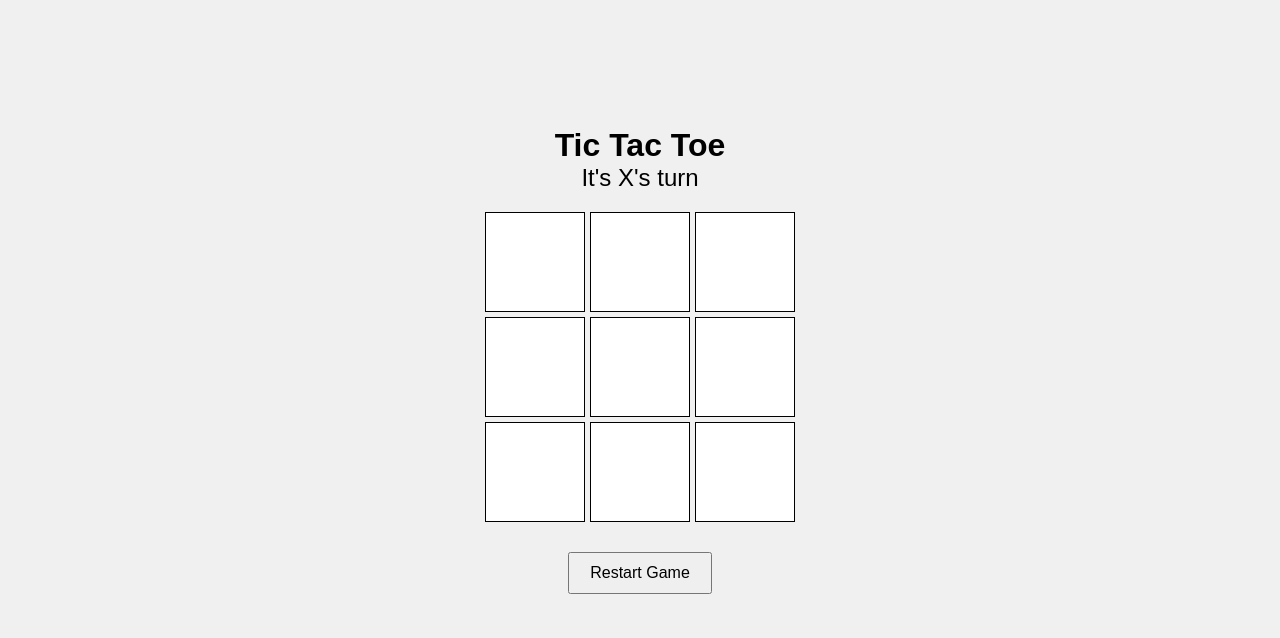
Repository: Tracy-maker/wordpress-camp
Page: week-1/homework/index.html
The author's editor kept a copy of each file at every save. The page is drawn from the files as they stood at one save, then again after a run of saves.
The browser window is 1280 px wide. The pictures show the whole page.

Above is the page before, as saved 2024-05-16 21:21:04.

### week-1/homework/index.html
<!DOCTYPE html>
<html lang="en">
<head>
    <meta charset="UTF-8">
    <meta name="viewport" content="width=device-width, initial-scale=1.0">
    <title>Tic Tac Toe</title>
    <link rel="stylesheet" href="styles.css">
</head>
<body>
    <div class="game-container">
        <h1>Tic Tac Toe</h1>
        <div id="status" class="status"></div>
        <div id="game-board" class="game-board"></div>
        <button id="restart" class="restart-button">Restart Game</button>
    </div>
    <script src="script.js"></script>
</body>
</html>

### week-1/homework/styles.css

* {
    box-sizing: border-box;
    margin: 0;
    padding: 0;
}

body {
    display: flex;
    justify-content: center;
    align-items: center;
    height: 100vh;
    font-family: Arial, sans-serif;
    background-color: #f0f0f0;
}

.game-container {
    text-align: center;
}

.game-board {
    display: grid;
    gap: 5px;
    margin: 20px auto;
    width: max-content;
}

.cell {
    width: 100px;
    height: 100px;
    display: flex;
    justify-content: center;
    align-items: center;
    font-size: 2em;
    background-color: #fff;
    border: 1px solid #000;
    cursor: pointer;
    user-select: none;
}

.status {
    margin-bottom: 10px;
    font-size: 1.5em;
}

.restart-button {
    margin-top: 10px;
    padding: 10px 20px;
    font-size: 1em;
    cursor: pointer;
}

### week-1/homework/script.js
// script.js

document.addEventListener('DOMContentLoaded', () => {
    const boardSize = 3; // Change this to generate a different board size
    let currentPlayer = 'X';
    let board = Array(boardSize * boardSize).fill('');
    let gameActive = true;

    const cells = [];
    const statusText = document.getElementById('status');
    const restartButton = document.getElementById('restart');
    const gameBoard = document.getElementById('game-board');

    const createBoard = () => {
        gameBoard.style.gridTemplateColumns = `repeat(${boardSize}, 100px)`;
        gameBoard.style.gridTemplateRows = `repeat(${boardSize}, 100px)`;
        for (let i = 0; i < boardSize * boardSize; i++) {
            const cell = document.createElement('div');
            cell.classList.add('cell');
            cell.setAttribute('data-index', i);
            cell.addEventListener('click', handleCellClick);
            gameBoard.appendChild(cell);
            cells.push(cell);
        }
    };

    const generateWinningConditions = (size) => {
        const conditions = [];
        for (let i = 0; i < size; i++) {
            // Rows
            const row = [];
            for (let j = 0; j < size; j++) {
                row.push(i * size + j);
            }
            conditions.push(row);

            // Columns
            const col = [];
            for (let j = 0; j < size; j++) {
                col.push(j * size + i);
            }
            conditions.push(col);
        }

        // Diagonals
        const diag1 = [];
        const diag2 = [];
        for (let i = 0; i < size; i++) {
            diag1.push(i * size + i);
            diag2.push(i * size + (size - 1 - i));
        }
        conditions.push(diag1);
        conditions.push(diag2);

        return conditions;
    };

    const winningConditions = generateWinningConditions(boardSize);

    const handleCellClick = (event) => {
        const clickedCell = event.target;
        const clickedCellIndex = parseInt(clickedCell.getAttribute('data-index'));

        if (board[clickedCellIndex] !== '' || !gameActive) {
            return;
        }

        board[clickedCellIndex] = currentPlayer;
        clickedCell.textContent = currentPlayer;

        if (checkWin()) {
            statusText.textContent = `Player ${currentPlayer} wins!`;
            gameActive = false;
        } else if (!board.includes('')) {
            statusText.textContent = `It's a draw!`;
            gameActive = false;
        } else {
            currentPlayer = currentPlayer === 'X' ? 'O' : 'X';
            statusText.textContent = `It's ${currentPlayer}'s turn`;

            if (currentPlayer === 'O') {
                aiMove();
            }
        }
    };

    const aiMove = () => {
        const bestMove = getBestMove(board, 'O');
        board[bestMove] = 'O';
        cells[bestMove].textContent = 'O';

        if (checkWin()) {
            statusText.textContent = `Player ${currentPlayer} wins!`;
            gameActive = false;
        } else if (!board.includes('')) {
            statusText.textContent = `It's a draw!`;
            gameActive = false;
        } else {
            currentPlayer = 'X';
            statusText.textContent = `It's ${currentPlayer}'s turn`;
        }
    };

    const getBestMove = (newBoard, player) => {
        let bestVal = -Infinity;
        let move = -1;

        for (let i = 0; i < newBoard.length; i++) {
            if (newBoard[i] === '') {
                newBoard[i] = player;
                let moveVal = minimax(newBoard, 0, false, -Infinity, Infinity);
                newBoard[i] = '';
                if (moveVal > bestVal) {
                    move = i;
                    bestVal = moveVal;
                }
            }
        }
        return move;
    };

    const minimax = (newBoard, depth, isMaximizingPlayer, alpha, beta) => {
        const scores = {
            'X': -1,
            'O': 1,
            'tie': 0
        };

        const result = evaluateBoard(newBoard);
        if (result !== null) {
            return scores[result];
        }

        if (isMaximizingPlayer) {
            let best = -Infinity;
            for (let i = 0; i < newBoard.length; i++) {
                if (newBoard[i] === '') {
                    newBoard[i] = 'O';
                    best = Math.max(best, minimax(newBoard, depth + 1, false, alpha, beta));
                    newBoard[i] = '';
                    alpha = Math.max(alpha, best);
                    if (beta <= alpha) {
                        break;
                    }
                }
            }
            return best;
        } else {
            let best = Infinity;
            for (let i = 0; i < newBoard.length; i++) {
                if (newBoard[i] === '') {
                    newBoard[i] = 'X';
                    best = Math.min(best, minimax(newBoard, depth + 1, true, alpha, beta));
                    newBoard[i] = '';
                    beta = Math.min(beta, best);
                    if (beta <= alpha) {
                        break;
                    }
                }
            }
            return best;
        }
    };

    const evaluateBoard = (board) => {
        for (const condition of winningConditions) {
            const [a, b, c] = condition;
            if (board[a] && board[a] === board[b] && board[a] === board[c]) {
                return board[a];
            }
        }
        if (!board.includes('')) {
            return 'tie';
        }
        return null;
    };

    const checkWin = () => {
        for (const condition of winningConditions) {
            if (condition.every(index => board[index] === currentPlayer)) {
                return true;
            }
        }
        return false;
    };

    const restartGame = () => {
        currentPlayer = 'X';
        board = Array(boardSize * boardSize).fill('');
        gameActive = true;
        statusText.textContent = `It's ${currentPlayer}'s turn`;
        cells.forEach(cell => cell.textContent = '');
    };

    createBoard();
    restartButton.addEventListener('click', restartGame);
    statusText.textContent = `It's ${currentPlayer}'s turn`;
});

After the next 2 saves:
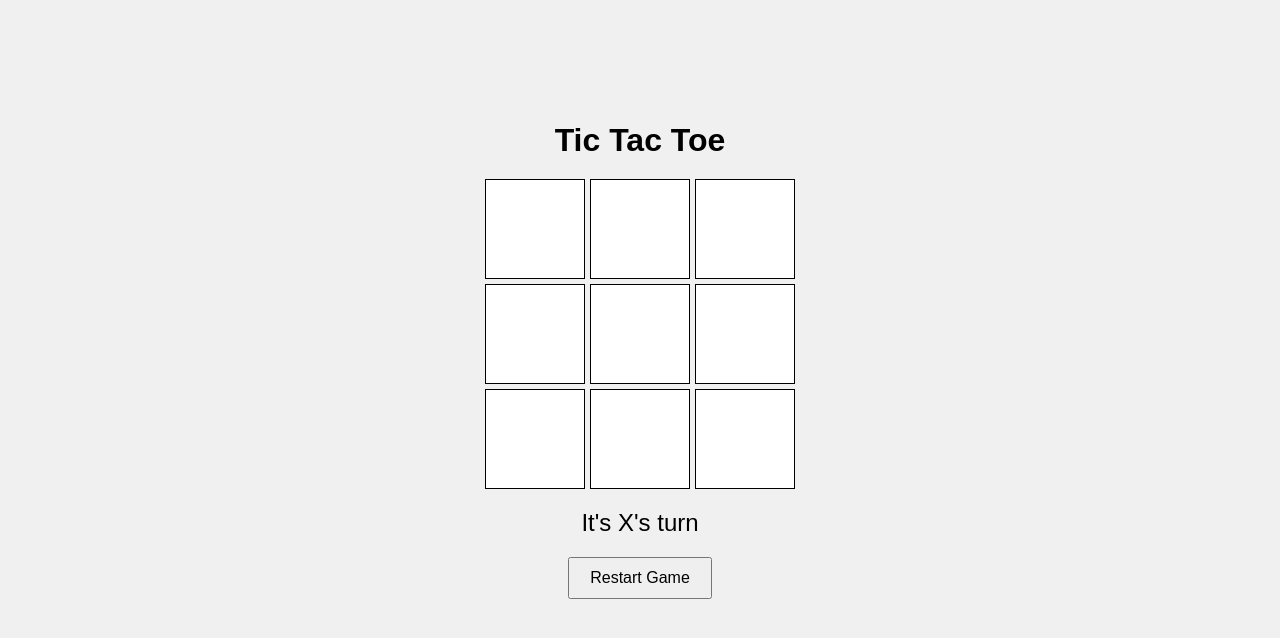
The 2 saves are shown as one change because they came seconds apart.
The last was saved 99 s later.
--- a/week-1/homework/index.html
+++ b/week-1/homework/index.html
@@ -1,18 +1,19 @@
 <!DOCTYPE html>
 <html lang="en">
-<head>
-    <meta charset="UTF-8">
-    <meta name="viewport" content="width=device-width, initial-scale=1.0">
+  <head>
+    <meta charset="UTF-8" />
+    <meta name="viewport" content="width=device-width, initial-scale=1.0" />
     <title>Tic Tac Toe</title>
-    <link rel="stylesheet" href="styles.css">
-</head>
-<body>
+    <link rel="stylesheet" href="styles.css" />
+  </head>
+  <body>
     <div class="game-container">
-        <h1>Tic Tac Toe</h1>
-        <div id="status" class="status"></div>
-        <div id="game-board" class="game-board"></div>
-        <button id="restart" class="restart-button">Restart Game</button>
+      <h1>Tic Tac Toe</h1>
+
+      <div id="game-board" class="game-board"></div>
+      <div id="status" class="status"></div>
+      <button id="restart" class="restart-button">Restart Game</button>
     </div>
     <script src="script.js"></script>
-</body>
+  </body>
 </html>
